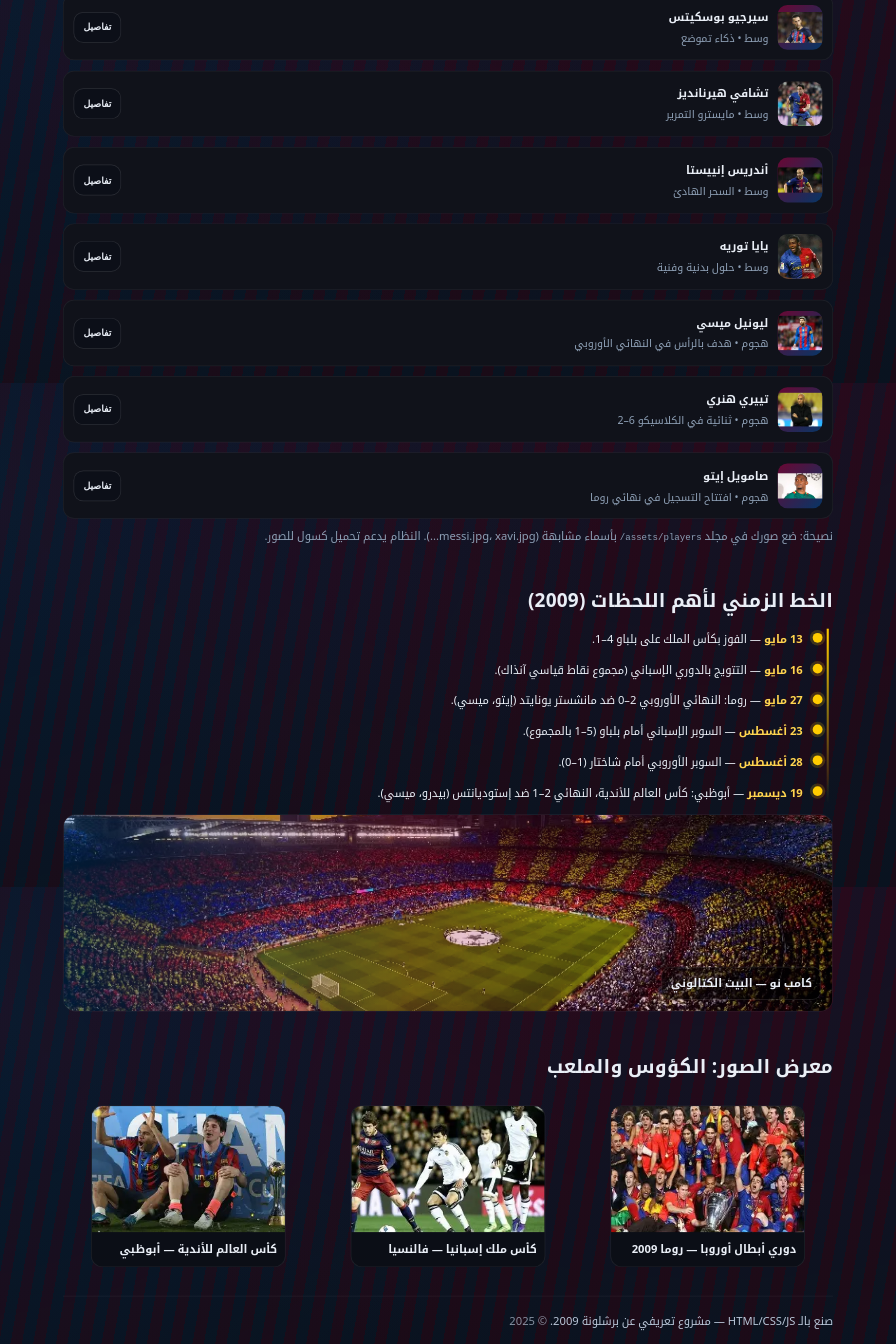
Repository: baha1115/aya-barca
Page: index.html
These files come from the project's save history. The page is drawn as it stood at one moment and after the next save; the edit follows.
The browser window is 1280 px wide. The pictures show the part of the page from y = 1613 to 3533 px (the page is 3533 px tall before and 3494 px after), at 70% of full size.

Above is the page before, as saved 2025-11-17 14:53:26.

### index.html
<!DOCTYPE html>
<html lang="ar" dir="rtl">
<head>
  <meta charset="utf-8" />
  <meta name="viewport" content="width=device-width, initial-scale=1" />
  <title>برشلونة 2009 | جيل السداسية</title>
  <meta name="description" content="موقع تعريفي بسيط عن نادي برشلونة 2009: إنجازات السداسية، أبرز اللاعبين، خطط اللعب، وخط زمني لأهم المباريات." />
  <style>
    :root {
      --garnet: #a50044; /* العنابي */
      --blue: #004d98;   /* الأزرق */
      --gold: #ffcc00;   /* الذهبي */
      --ink: #0d0d0f;
      --card: #10121a;
      --muted: #8ea0b6;
      --bg: #0a0c12;
      --ring: rgba(255,204,0,.35);
    }
    * { box-sizing: border-box }
    html,body { height: 100% }
    body {
      margin: 0; font-family: system-ui, -apple-system, Segoe UI, Roboto, "Noto Kufi Arabic", Tahoma, Arial, sans-serif;
      /* خلفية برشلونية بخطوط بلاوغرانا + تدرجات */
      background:
        radial-gradient(1200px 800px at 80% -10%, rgba(165,0,68,.12), transparent),
        radial-gradient(1000px 700px at -10% 20%, rgba(0,77,152,.14), transparent),
        repeating-linear-gradient( 100deg,
          rgba(165,0,68,.10) 0 16px,
          rgba(0,77,152,.10) 16px 32px
        ),
        var(--bg);
      color: #e9eef6; line-height: 1.85;
    }
    a { color: var(--gold); text-decoration: none }
    img { max-width: 100%; height: auto; display: block }
    .container { width: min(1100px, 92vw); margin-inline: auto }

    /* Navbar */
    header {
      position: sticky; top: 0; z-index: 50;
      backdrop-filter: blur(8px);
      background: linear-gradient(90deg, rgba(10,12,18,.85), rgba(10,12,18,.4));
      border-bottom: 1px solid rgba(255,255,255,.06);
    }
    nav { display: flex; align-items: center; justify-content: space-between; padding: .8rem 0; gap:.8rem; flex-wrap: wrap }
    .brand { display: flex; align-items: center; gap: .7rem; font-weight: 800; letter-spacing: .3px }
    .brand .crest { width: 34px; aspect-ratio: 1; border-radius: 10px; background:
      conic-gradient(from 0deg, var(--garnet) 0 50%, var(--blue) 0 100%);
      box-shadow: 0 0 0 3px rgba(255,255,255,.04), 0 8px 30px rgba(0,0,0,.25);
      position: relative; isolation: isolate;
    }
    .brand .crest::after{ content:""; position:absolute; inset:18% 18% 18% 18%; border-radius: 6px; background: radial-gradient(circle at 50% 30%, #ffd54f, transparent 60%) }
    .nav-links { display: flex; gap: .6rem; flex-wrap: wrap }
    .nav-links a { padding: .45rem .7rem; border-radius: 14px; font-weight: 700; color: #e9eef6 }
    .nav-links a:hover { background: rgba(255,255,255,.06) }
    .actions { display:flex; align-items:center; gap:.6rem; flex-wrap:wrap }
    .btn { border: 1px solid rgba(255,255,255,.12); background: #0c0f18; color: #e9eef6; padding:.7rem .9rem; border-radius: 14px; font-weight:800; cursor:pointer; min-height:44px }
    .btn:hover{ border-color: var(--ring); box-shadow: 0 0 0 3px var(--ring) }

    /* Hero */
    .hero { display: grid; grid-template-columns: 1.2fr 1fr; gap: 2rem; align-items: center; padding: 1.6rem 0 1rem }
    .hero h1 { font-size: clamp(1.6rem, 2.2rem + 1vw, 3rem); margin: 0 0 .6rem; line-height: 1.2 }
    .badge { display:inline-flex; gap:.5rem; align-items:center; background: linear-gradient(90deg, rgba(165,0,68,.35), rgba(0,77,152,.35)); padding:.35rem .6rem; border:1px solid rgba(255,255,255,.08); border-radius: 999px; font-weight: 800 }
    .hero p { color: #c9d5e7 }
    .hero-card { background: linear-gradient(180deg, rgba(255,255,255,.04), rgba(255,255,255,.02)); border: 1px solid rgba(255,255,255,.06); padding: 1rem; border-radius: 18px; box-shadow: 0 10px 40px rgba(0,0,0,.25) }
    .stats { display: grid; grid-template-columns: repeat(3, 1fr); gap: .8rem; margin-top: 1rem }
    .stat { background: var(--card); border: 1px solid rgba(255,255,255,.06); padding: .9rem; border-radius: 14px; text-align: center }
    .stat .num { display:block; font-weight: 900; font-size: clamp(1.4rem,1.1rem + 1vw,1.9rem) }

    /* Sections */
    section { padding: 1.6rem 0; scroll-margin-top: 90px }
    h2 { font-size: clamp(1.2rem, .9rem + 1vw, 1.7rem); margin: 0 0 1rem; letter-spacing: .3px }
    .grid { display: grid; gap: .8rem }
    .grid-3 { grid-template-columns: repeat(3, 1fr) }
    .grid-2 { grid-template-columns: repeat(2, 1fr) }

    /* Players */
    .filters { display:flex; gap:.6rem; flex-wrap:wrap; margin-bottom: 1rem }
    .chip { padding:.5rem .75rem; border-radius: 999px; border:1px solid rgba(255,255,255,.12); background:#0c0f18; cursor:pointer; font-weight:800; min-height:40px }
    .chip[aria-pressed="true"]{ outline: 3px solid var(--ring); border-color: var(--ring) }
    .player-card { background: var(--card); border: 1px solid rgba(255,255,255,.06); border-radius: 16px; padding: .9rem; display: grid; grid-template-columns: 64px 1fr auto; gap: .8rem; align-items:center }
    .player-thumb { width:64px; aspect-ratio:1; border-radius: 14px; overflow: hidden; background: linear-gradient(135deg, rgba(165,0,68,.6), rgba(0,77,152,.6)); display:grid; place-items:center; font-weight:900 }
    .player-name { margin:0; font-weight:900 }
    .player-pos { color: var(--muted); font-size: .95rem }
    .player-card button { padding:.45rem .8rem }

    /* Timeline */
    .timeline { position: relative; padding-right: 1rem }
    .timeline::before { content:""; position:absolute; right:6px; top:0; bottom:0; width:3px; background: linear-gradient(var(--gold), transparent) }
    .moment { position:relative; padding-right: 1.7rem; margin-bottom: .9rem }
    .moment::before { content:""; position:absolute; right:-1px; top:.35rem; width:14px; height:14px; border-radius:50%; background: var(--gold); box-shadow: 0 0 0 4px rgba(255,204,0,.18) }
    .moment time { font-weight:800; color:#ffd54f }

    /* Gallery */
    .gallery { display:grid; gap:.8rem; grid-template-columns: repeat(3, 1fr) }
    .tile { background: #0b0e16; border:1px solid rgba(255,255,255,.08); border-radius: 16px; overflow: hidden }
    .tile img { width:100%; height:180px; object-fit: cover }
    .tile .cap { padding:.6rem .7rem; font-weight:700 }

    /* Stadium banner */
    .banner { position:relative; overflow:hidden; border-radius:18px; border:1px solid rgba(255,255,255,.08) }
    .banner img { width:100%; height: 280px; object-fit: cover; filter: saturate(1.1) contrast(1.05) }
    .banner .overlay { position:absolute; inset:0; background: linear-gradient( to left, rgba(10,12,18,.1), rgba(165,0,68,.25) 55%, rgba(0,77,152,.35) ); mix-blend: multiply }
    .banner .label { position:absolute; right:1rem; bottom:1rem; padding:.5rem .75rem; border-radius:12px; background: rgba(0,0,0,.45); border:1px solid rgba(255,255,255,.12); font-weight:900 }

    /* Modal */
    .modal { position: fixed; inset: 0; display: none; place-items: center; background: rgba(0,0,0,.5); backdrop-filter: blur(6px) }
    .modal[open] { display: grid }
    .modal-card { width: min(720px, 92vw); background: #0b0e16; border:1px solid rgba(255,255,255,.08); border-radius: 18px; padding: 1rem }
    .modal-top { display:flex; align-items:center; justify-content: space-between; gap:1rem; border-bottom: 1px solid rgba(255,255,255,.06); padding-bottom: .6rem; margin-bottom: .7rem }

    /* Footer */
    footer { border-top: 1px solid rgba(255,255,255,.06); padding: 1.2rem 0; color: #b9c6d8 }

    /* Responsive */
    @media (max-width: 860px){
      .hero { grid-template-columns: 1fr; gap:1rem }
      .grid-3 { grid-template-columns: 1fr }
      .grid-2 { grid-template-columns: 1fr }
      .gallery { grid-template-columns: 1fr 1fr }
      .player-card { grid-template-columns: 56px 1fr auto }
      .player-thumb{ width:56px }
      nav { padding: .6rem 0 }
    }
    @media (max-width: 520px){
      .stats { grid-template-columns: 1fr 1fr }
      .gallery { grid-template-columns: 1fr }
      .nav-links { gap:.4rem }
      .nav-links a { padding:.4rem .55rem }
      .btn { width: 100% }
      .actions { width: 100% }
    }
  </style>
</head>
<body>
  <header>
    <div class="container">
      <nav>
        <div class="brand">
          <div aria-hidden="true" class="crest"></div>
          <span>برشلونة 2009</span>
        </div>
        <div class="nav-links">
          <a href="#about">عن الفريق</a>
          <a href="#trophies">الإنجازات</a>
          <a href="#players">اللاعبون</a>
          <a href="#timeline">الخط الزمني</a>
        </div>
        <div class="actions">
          <button class="btn" id="themeToggle" aria-pressed="false">وضع داكن/فاتح</button>
          <a class="btn" href="#players">ابدأ الاستكشاف</a>
        </div>
      </nav>
    </div>
  </header>

  <main class="container">
    <!-- Hero -->
    <section class="hero" id="about">
      <div>
        <span class="badge">جيل بيب جوارديولا • 2008–09</span>
        <h1>برشلونة 2009 — <span style="background:linear-gradient(90deg,var(--gold),#fff);-webkit-background-clip:text;background-clip:text;color:transparent">فريق السداسية التاريخي</span></h1>
        <p>
          موسم 2008–09 شهد أفضل نسخة من برشلونة في العصر الحديث تحت قيادة بيب جوارديولا؛ كرة استحواذ سريعة، ضغط عالٍ، وتفاهم
          مذهل بين <strong>ميسي</strong> و<strong>تشافي</strong> و<strong>إنييستا</strong>. خلال عام 2009 اكتمل الإنجاز الاستثنائي:
          <em>السداسية</em> (الدوري، الكأس، دوري الأبطال، السوبر الإسباني، السوبر الأوروبي، وكأس العالم للأندية).
        </p>
        <div class="stats">
          <div class="stat">
            <span class="num" data-count="6">0</span>
            <span>ألقاب في 2009</span>
          </div>
          <div class="stat">
            <span class="num" data-count="105">0</span>
            <span>أهداف بالدوري 08/09</span>
          </div>
          <div class="stat">
            <span class="num" data-count="2.76">0</span>
            <span>متوسط أهداف/مباراة</span>
          </div>
        </div>
      </div>
      <div class="hero-card">
        <h3 style="margin:0 0 .4rem">فلسفة اللعب</h3>
        <ul style="margin:0 0 .6rem; padding-right: 1rem">
          <li>الاستحواذ + التحولات السريعة</li>
          <li>أظهُر عالية (ألفيس) لتوسيع الملعب</li>
          <li>محور ارتكاز ذكي (بوسكيتس/توريه)</li>
          <li>ثلاثي هجومي مرعب: ميسي، هنري، إيتو</li>
        </ul>
        <small style="color:var(--muted)">* الأرقام تقريبية لأغراض العرض.</small>
      </div>
    </section>

    <!-- Trophies -->
    <section id="trophies">
      <h2>الإنجازات الرئيسية في 2009</h2>
      <div class="grid grid-3">
        <div class="stat" role="article"><span class="num">الدوري الإسباني</span><span>2010/2009 (تحقيق الدوري موسم 08/09)</span></div>
        <div class="stat" role="article"><span class="num">كأس الملك</span><span>2009</span></div>
        <div class="stat" role="article"><span class="num">دوري أبطال أوروبا</span><span>2009</span></div>
        <div class="stat" role="article"><span class="num">السوبر الإسباني</span><span>2009</span></div>
        <div class="stat" role="article"><span class="num">السوبر الأوروبي</span><span>2009</span></div>
        <div class="stat" role="article"><span class="num">كأس العالم للأندية</span><span>2009</span></div>
      </div>
    </section>

    <!-- Players -->
    <section id="players">
      <h2>أبرز لاعبي التشكيلة</h2>
      <div class="filters" role="toolbar" aria-label="تصفية حسب المركز">
        <button class="chip" data-pos="all" aria-pressed="true">الكل</button>
        <button class="chip" data-pos="حارس">حارس</button>
        <button class="chip" data-pos="دفاع">دفاع</button>
        <button class="chip" data-pos="وسط">وسط</button>
        <button class="chip" data-pos="هجوم">هجوم</button>
      </div>
      <div class="grid" id="playersGrid" style="gap:.9rem"></div>
      <p style="color:var(--muted);margin:.6rem 0 0">نصيحة: ضع صورك في مجلد <code>assets/players/</code> بأسماء مشابهة (messi.jpg، xavi.jpg...). النظام يدعم تحميل كسول للصور.</p>
    </section>

    <!-- Timeline -->
    <section id="timeline">
      <h2>الخط الزمني لأهم اللحظات (2009)</h2>
      <div class="timeline">
        <article class="moment"><time>13 مايو</time> — الفوز بكأس الملك على بلباو 4–1.</article>
        <article class="moment"><time>16 مايو</time> — التتويج بالدوري الإسباني (مجموع نقاط قياسي آنذاك).</article>
        <article class="moment"><time>27 مايو</time> — روما: النهائي الأوروبي 2–0 ضد مانشستر يونايتد (إيتو، ميسي).</article>
        <article class="moment"><time>23 أغسطس</time> — السوبر الإسباني أمام بلباو (5–1 بالمجموع).
        </article>
        <article class="moment"><time>28 أغسطس</time> — السوبر الأوروبي أمام شاختار (1–0).</article>
        <article class="moment"><time>19 ديسمبر</time> — أبوظبي: كأس العالم للأندية، النهائي 2–1 ضد إستوديانتس (بيدرو، ميسي).</article>
      </div>

      <div class="banner" style="margin-top:1rem">
        <img src="/campnou.webp" alt="ملعب كامب نو 2009" loading="lazy" />
        <div class="overlay"></div>
        <div class="label">كامب نو — البيت الكتالوني</div>
      </div>
    </section>

    <section id="gallery">
      <h2>معرض الصور: الكؤوس والملعب</h2>
      <div class="gallery">
        <figure class="tile">
          <img src="chapionsleaugue.webp" alt="كأس دوري أبطال أوروبا 2009" loading="lazy" />
          <figcaption class="cap">دوري أبطال أوروبا — روما 2009</figcaption>
        </figure>
        <figure class="tile">
          <img src="/valencia.webp" alt="كأس ملك إسبانيا 2009" loading="lazy" />
          <figcaption class="cap">كأس ملك إسبانيا — فالنسيا</figcaption>
        </figure>
        <figure class="tile">
          <img src="/coupe de monde.webp" alt="كأس العالم للأندية 2009" loading="lazy" />
          <figcaption class="cap">كأس العالم للأندية — أبوظبي</figcaption>
        </figure>
      </div>
    </section>
  </main>

  <footer class="container">
    صنع بالـ HTML/CSS/JS — مشروع تعريفي عن برشلونة 2009.
    <span style="opacity:.7">© 2025</span>
  </footer>

  <dialog class="modal" id="playerModal" aria-labelledby="modalTitle" aria-modal="true">
    <div class="modal-card">
      <div class="modal-top">
        <h3 id="modalTitle" style="margin:0">تفاصيل اللاعب</h3>
        <button class="btn" data-close>إغلاق</button>
      </div>
      <div id="modalBody"></div>
    </div>
  </dialog>

  <button id="toTop" class="btn" style="position:fixed; left: 1rem; bottom: 1rem; display:none">أعلى</button>

  <script>
    // بيانات اللاعبين (مختصرة ومبسطة)
    const players = [
      { name: 'فيكتور فالديس', pos: 'حارس', number: 1, img: 'valdes.webp',  highlight: 'أفضل حارس في نهائي روما', bio: 'عمود أساسي في بناء اللعب من الخلف.' },
      { name: 'داني ألفيش', pos: 'دفاع', number: 2, img: 'alves.webp',   highlight: 'صناعة فرص بالجملة', bio: 'جناح مقنَّع على الجهة اليمنى.' },
      { name: 'جيرارد بيكيه', pos: 'دفاع', number: 3, img: 'pique.webp',  highlight: 'ثقة في البناء', bio: 'عودته من مانشستر يونايتد كانت نقطة تحول.' },
      { name: 'كارليس بويول', pos: 'دفاع', number: 5, img: 'peol.webp',  highlight: 'قلب الفريق', bio: 'قيادي شرس وتدخلات حاسمة.' },
      { name: 'إريك أبيدال', pos: 'دفاع', number: 22, img: 'abidal.webp', highlight: 'ثبات دفاعي', bio: 'تغطية مثالية في الجهة اليسرى.' },
      { name: 'سيرجيو بوسكيتس', pos: 'وسط', number: 28, img: 'busquets.webp', highlight: 'ذكاء تموضع', bio: 'الظهور الأول الكبير مع بيب وأصبح محور المنظومة.' },
      { name: 'تشافي هيرنانديز', pos: 'وسط', number: 6, img: 'xavi.webp', highlight: 'مايسترو التمرير', bio: 'إملاء إيقاع اللعب بدقة متناهية.' },
      { name: 'أندريس إنييستا', pos: 'وسط', number: 8, img: 'iniesta.webp', highlight: 'السحر الهادئ', bio: 'لقب "الرسام" لتأثيره الفني الحاسم.' },
      { name: 'يايا توريه', pos: 'وسط', number: 24, img: 'yaya.webp', highlight: 'حلول بدنية وفنية', bio: 'لعب قلب دفاع في أوقات حرجة بنهائي الكأس.' },
      { name: 'ليونيل ميسي', pos: 'هجوم', number: 10, img: 'messi.webp', highlight: 'هدف بالرأس في النهائي الأوروبي', bio: 'نجم الفريق الأول في بداية حقبة ذهبية.' },
      { name: 'تييري هنري', pos: 'هجوم', number: 14, img: 'henry.webp', highlight: 'ثنائية في الكلاسيكو 6–2', bio: 'خبرة وهدوء أمام المرمى.' },
      { name: 'صامويل إيتو', pos: 'هجوم', number: 9, img: 'eto.webp', highlight: 'افتتاح التسجيل في نهائي روما', bio: 'حاسة تهديف قاتلة وحركة بلا توقف.' }
    ];

    const grid = document.getElementById('playersGrid');
    const modal = document.getElementById('playerModal');
    const modalBody = document.getElementById('modalBody');

    function renderPlayers(filter = 'all'){
      grid.innerHTML = '';
      players
        .filter(p => filter === 'all' ? true : p.pos === filter)
        .forEach(p => {
          const card = document.createElement('article');
          card.className = 'player-card';
          card.innerHTML = `
            <div class="player-thumb" aria-hidden="true">
              ${p.img ? `<img src="${p.img}" alt="${p.name}" loading="lazy" width="128" height="128" onerror="this.style.display='none'"/>` : `<span>${p.number}</span>`}
            </div>
            <div>
              <h4 class="player-name">${p.name}</h4>
              <div class="player-pos">${p.pos} • ${p.highlight}</div>
            </div>
            <div>
              <button class="btn" data-open>تفاصيل</button>
            </div>
          `;
          card.querySelector('[data-open]').addEventListener('click', () => openPlayer(p));
          grid.appendChild(card);
        })
    }

    function openPlayer(p){
    modalBody.innerHTML = `
      <div style="display:grid; grid-template-columns: 120px 1fr; gap:1rem; align-items:start">
        <div class="player-thumb" style="width:120px">
          ${p.img ? `<img src='${p.img}' alt='${p.name}' loading='lazy'/>` : `<span>${p.number}</span>`}
        </div>
        <div>
          <h4 style="margin:.2rem 0">${p.name}</h4>
          <p style="margin:.2rem 0; color:var(--muted)">${p.pos}</p>
          <p>${p.bio}</p>
        </div>
      </div>`;
    modal.setAttribute('open', '');
  }

  document.querySelector('[data-close]').addEventListener('click', () => modal.removeAttribute('open'));
  modal.addEventListener('click', (e) => { if(e.target === modal) modal.removeAttribute('open') });
    // Filter chips
    const chips = document.querySelectorAll('.chip');
    chips.forEach(ch => ch.addEventListener('click', () => {
      chips.forEach(c => c.setAttribute('aria-pressed', 'false'));
      ch.setAttribute('aria-pressed', 'true');
      renderPlayers(ch.dataset.pos);
    }));

    // Stats count up
    const observer = new IntersectionObserver((entries)=>{
      entries.forEach(entry =>{
        if(entry.isIntersecting){
          const el = entry.target; const to = parseFloat(el.dataset.count);
          const isFloat = !Number.isInteger(to);
          const duration = 1200; const start = performance.now();
          function tick(now){
            const p = Math.min(1, (now - start)/duration);
            const val = to * p;
            el.textContent = isFloat ? val.toFixed(2) : Math.round(val);
            if(p < 1) requestAnimationFrame(tick);
          }
          requestAnimationFrame(tick);
          observer.unobserve(el);
        }
      })
    }, { threshold: .6 });
    document.querySelectorAll('.num[data-count]').forEach(el => observer.observe(el));

    // Theme toggle
    const themeBtn = document.getElementById('themeToggle');
    const root = document.documentElement;
    themeBtn.addEventListener('click', () => {
      const dark = root.dataset.theme !== 'light';
      if(dark){
        root.dataset.theme = 'light';
        root.style.setProperty('--bg', '#f7f8fb');
        root.style.setProperty('--card', '#ffffff');
        root.style.setProperty('--ink', '#0d0d0f');
        document.body.style.color = '#1c2430';
        themeBtn.setAttribute('aria-pressed', 'true');
      } else {
        root.dataset.theme = 'dark';
        root.style.setProperty('--bg', '#0a0c12');
        root.style.setProperty('--card', '#10121a');
        document.body.style.color = '#e9eef6';
        themeBtn.setAttribute('aria-pressed', 'false');
      }
      // إعادة طلاء الخلفية
      document.body.style.background = root.dataset.theme === 'light'
        ? 'linear-gradient(180deg, #fff, #eef3ff)'
        : `radial-gradient(1200px 800px at 80% -10%, rgba(165,0,68,.12), transparent),
           radial-gradient(1000px 700px at -10% 20%, rgba(0,77,152,.14), transparent),
           repeating-linear-gradient( 100deg, rgba(165,0,68,.10) 0 16px, rgba(0,77,152,.10) 16px 32px), var(--bg)`;
    });

    // Scroll to top
    const toTop = document.getElementById('toTop');
    window.addEventListener('scroll', () => {
      toTop.style.display = window.scrollY > 400 ? 'block' : 'none';
    });
    toTop.addEventListener('click', () => window.scrollTo({top:0, behavior:'smooth'}));

    // Init
    renderPlayers();
  </script>
</body>
</html>

After the next save:
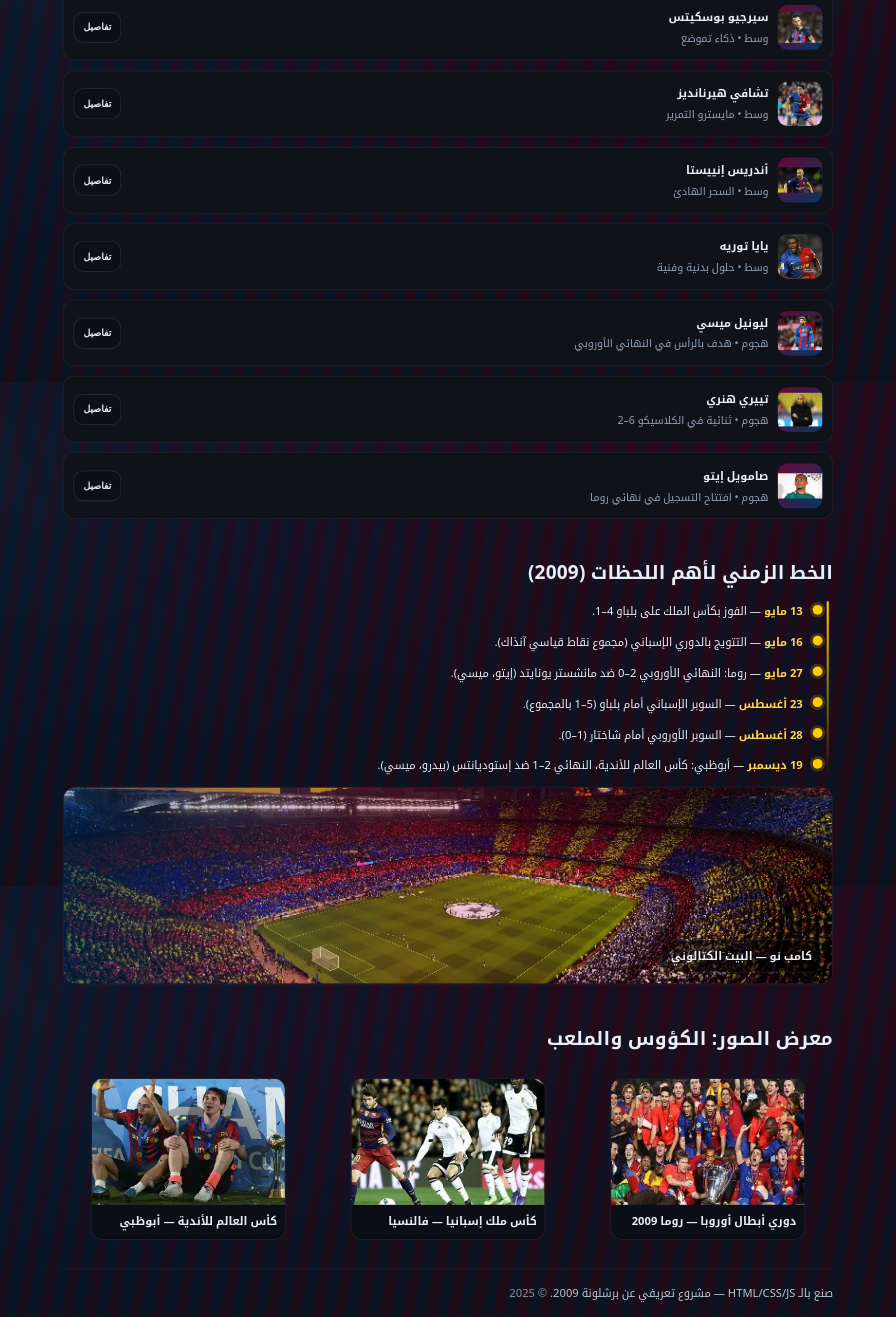
Saved 62 s later.
--- a/index.html
+++ b/index.html
@@ -216,7 +216,6 @@
         <button class="chip" data-pos="هجوم">هجوم</button>
       </div>
       <div class="grid" id="playersGrid" style="gap:.9rem"></div>
-      <p style="color:var(--muted);margin:.6rem 0 0">نصيحة: ضع صورك في مجلد <code>assets/players/</code> بأسماء مشابهة (messi.jpg، xavi.jpg...). النظام يدعم تحميل كسول للصور.</p>
     </section>
 
     <!-- Timeline -->
